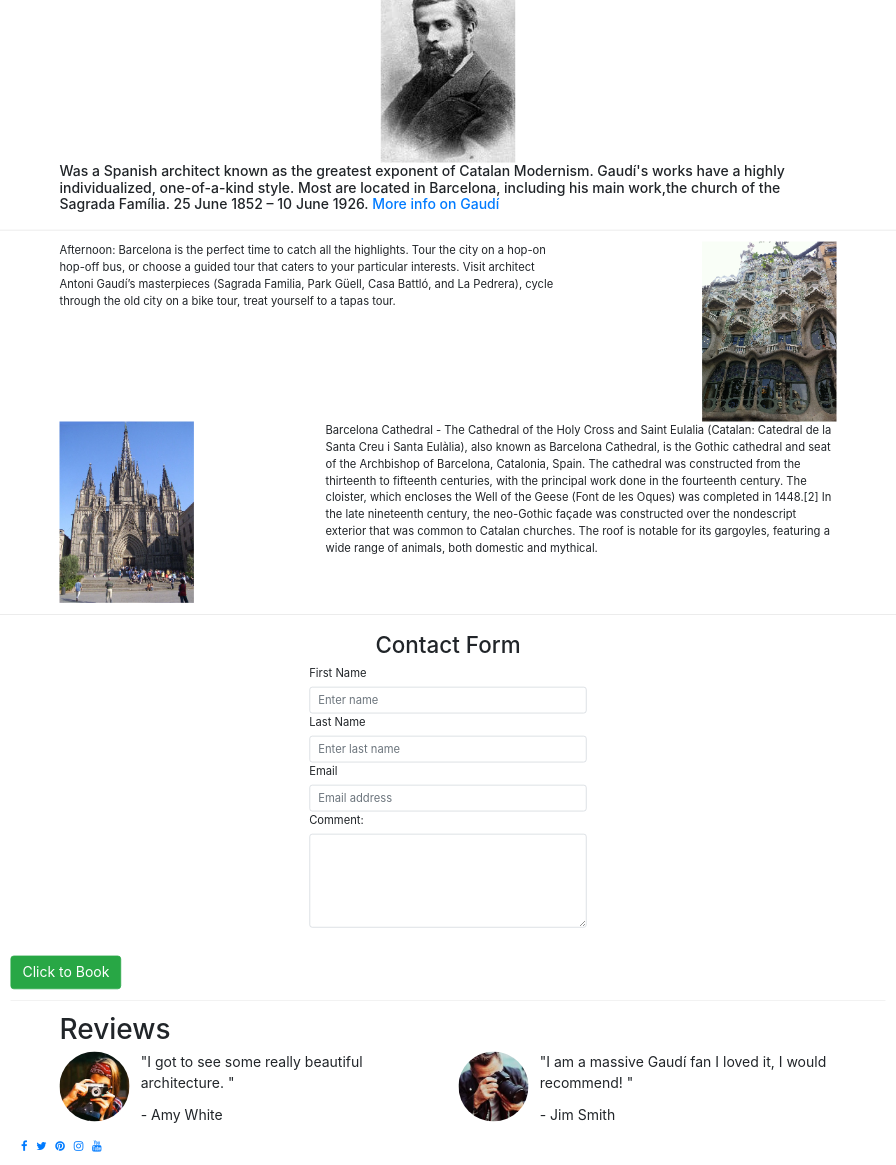
Repository: Taitdanielle/Milestone1
Page: index.html
The author's editor kept a record of every edit. The page is drawn from the files as they stood at one moment, then again after the next edit.
The browser window is 1280 px wide. The pictures show the part of the page from y = 993 to 2913 px (the page is 2657 px tall before and 2913 px after), at 70% of full size.

Above is the page before.

### index.html
<!DOCTYPE html>
<html lang="en">

<head>
    <meta charset="UTF-8">
    <title>Gaudí in a day!</title>
    <meta name="viewport" content="width=device-width, initial-scale=1.0">
    <meta http-equiv="X-UA-Compatible" content="ie=edge">
    <link href="https://fonts.googleapis.com/css?family=Lato&display=swap" rel="stylesheet">
    <link rel="stylesheet" href="https://stackpath.bootstrapcdn.com/bootstrap/4.3.1/css/bootstrap.min.css" integrity="sha384-ggOyR0iXCbMQv3Xipma34MD+dH/1fQ784/j6cY/iJTQUOhcWr7x9JvoRxT2MZw1T" crossorigin="anonymous">
    <link rel="stylesheet" href="https://cdnjs.cloudflare.com/ajax/libs/font-awesome/4.7.0/css/font-awesome.min.css">
    <link rel="stylesheet" href="css/style.css" type="text/css" />
</head>

<body>

    <!-- nav -->

    <nav class="navbar navbar-expand-lg nav bg-light nav-bar-hover">
        <a class="navbar-brand" href="#">Gaudí in a Day</a>
        <button class="navbar-toggler" type="button" data-toggle="collapse" data-target="#navbarNav" aria-controls="navbarNav" aria-expanded="false" aria-label="Toggle navigation">
    <span class="navbar-toggler-icon"></span>
  </button>
        <div class="collapse navbar-collapse" id="navbarNav">
            <ul class="navbar-nav">
                <li class="nav-item active">
                    <a class="nav-link" href="#home">Home <span class="sr-only">(current)</span></a>
                </li>
                <li class="nav-item">
                    <a class="nav-link" href="#about">About</a>
                </li>
                <li class="nav-item">
                    <a class="nav-link" href="#review">Reviews</a>
                </li>
                <li class="nav-item">
                    <a class="nav-link" href="#contact">Contact</a>
                </li>
            </ul>
        </div>
    </nav>

    <!--Hero image and website slogan-->

    <header id="intro-image">
        <div class="container-fluid">
            <div class="row h-100 align-items-center justify-content-center">
                <div class="col-12">
                    <h1><b>Gaudí in a Day</b></h1>
                    <div class="col-12 mw-100">
                        <p>There are landmark's you must see when in Barcelona and for Gaudí fans this is the right place to be!</p>
                    </div>
                </div>
            </div>
        </div>
    </header>

    <!-- end hero image /-->

    <div class="container text-center">
        <h2> How to do Gaudí in a day?</h2>
        <p> For Gaudí fans this is the right place to be Save time with skip-the-line tickets booked ahead of your trip, get an early start, and take in views Catalan capital with a tour of the cathedral’s towers. Then, head to nearby Park Güell, another
            Gaudí masterpiece, for more city views and quirky, colorful tile work. It’s possible to pack in even more of the architect’s work with a Gaudí-themed tour that includes entrance to both Sagrada Familia and Park Güell, plus a walk down Passeig
            de Gracia to see Casa Batlló and La Pedrera from the outside. Have a look of some of the famous buildings below! </p>
    </div>

    <hr class="block-divider block-divider--short">

    <!-- image cards -->

    <div class="container">
        <div class="row">
            <div class="col-md-4">
                <div class="card-class">
                    <a href="#card1">
                    <img src="images/gaudi2.jpg" class="card-img-top" alt="Casa Battlo Building"></a>
                    <div class="card-body">
                        <p class="card-text text-center"> <b>Casa Batlló</b></p>
                    </div>
                </div>
            </div>

            <div class="col-md-4">
                <div class="card-class">
                    <a href="#card2">
                    <img src="images/Sta-eulalia.jpg" class="card-img-top" alt="The Cathedral of Barcelona"></a>
                    <div class="card-body">
                        <p class="card-text text-center"> <b>The Cathedral of Barcelona</b></p>
                    </div>
                </div>
            </div>

            <div class="col-md-4">
                <div class="card-class">
                    <a href="#card3">
                    <img src="images/sagrada-familia.jpg" class="card-img-top" alt="sagrada familia"></a>
                    <div class="card-body">
                        <p class="card-text text-center"><b>Sagrada Familia</b>
                        </p>
                    </div>
                </div>
            </div>
        </div>
    </div>

    <!-- Gaudi info -->

    <hr class="block-divider block-divider--short">

    <div class="container">
        <div class="row">
            <div class="col-md-12 title-heading-conatainer">
                <h3>Antoni Gaudí </h3>
            </div>
            <div id="about" class="col-md-12 text-center">
                <img src="images/gaudi.jpg" alt="antoni gaudi">
            </div>
            <div class="col-md-12">
                <h5>Was a Spanish architect known as the greatest exponent of Catalan Modernism. Gaudí's works have a highly individualized, one-of-a-kind style. Most are located in Barcelona, including his main work,the church of the Sagrada Família. 25
                    June 1852 – 10 June 1926.
                    <a href="https://en.wikipedia.org/wiki/Antoni_Gaud%C3%AD" target="_blank"> More info on Gaudí</a></h5>
            </div>
        </div>
    </div>

    <hr class="block-divider block-divider--short">
    <!-- Gaudi info End -->

    <!-- image info -->



    <div class="container">
        <div class="row">
            <div class="col-md-8">
                <p class="par-padding-right" id="card1"> Afternoon: Barcelona is the perfect time to catch all the highlights.
                Tour the city on a hop-on hop-off bus, or choose a guided tour that caters to your particular interests.
                Visit architect Antoni Gaudí’s masterpieces (Sagrada Familia, Park Güell, Casa Battló, and La Pedrera),
                cycle through the old city on a bike tour, treat yourself to a tapas tour.</p>
            </div>
            <div class="col-md-4">
                <img src="images/gaudi2.jpg" class="float-right" alt="Building">
            </div>
        </div>
    </div>

    <div class="container">
        <div class="row">
            <div class="col-md-4">
                <img src="images/Sta-eulalia.jpg" class="float-left" alt="barrigotic building">
            </div>
            <div class="col-md-8" id="card2">
                <p class="par-padding-left">Barcelona Cathedral - The Cathedral of the Holy Cross and Saint Eulalia (Catalan: Catedral de la Santa Creu i Santa Eulàlia), also known as Barcelona Cathedral, is the Gothic cathedral and seat of the Archbishop of Barcelona, Catalonia,
                    Spain. The cathedral was constructed from the thirteenth to fifteenth centuries, with the principal work done in the fourteenth century. The cloister, which encloses the Well of the Geese (Font de les Oques) was completed in 1448.[2]
                    In the late nineteenth century, the neo-Gothic façade was constructed over the nondescript exterior that was common to Catalan churches. The roof is notable for its gargoyles, featuring a wide range of animals, both domestic and mythical.
                </p>
            </div>
        </div>
    </div>

    <!-- Image info end /-->

    <hr class="block-divider block-divider--short">

    <!-- Contact Form -->

    <section class="container-fluid form mt-4" id="contact">
        <form action="#" method="post">
            <h2 class="text-center">Contact Form</h2>
            <div class="row">
                <div class="col-md-4 offset-md-4">
                    <label for="form-name">First Name</label>
                    <input type="text" class="form-control" id="form-name" placeholder="Enter name" name="name required">
                </div>
            </div>
            <div class="row">
                <div class="col-md-4 offset-md-4" ">
                    <label for="lastname ">Last Name</label>
                    <input type="text " class="form-control " id="lastname " placeholder="Enter last name " name="lastname required ">
                </div>
            </div>
            <div class="row ">
                <div class="col-md-4 offset-md-4 ">
                    <label for="email ">Email</label>
                    <input type="email " class="form-control " name="email required " id="email " placeholder="Email address ">
                </div>
            </div>
            <div class="row ">
                <div class="col-md-4 offset-md-4 ">
                    <div class="form-group ">
                        <label for="comment ">Comment:</label>
                        <textarea class="form-control " rows="5 " id="comment " name="text required "></textarea>
                    </div>
                    <br>
                </div>
            </div>
            <div id="book ">
                <button type="button " class="btn btn-success btn-lg " data-toggle="modal " data-target="#myModal ">Click to
            Book</button></div>
            </div>
            <!-- Form End /-->

            <!-- Modal -->
            <div id="myModal " class="modal fade " role="dialog ">
                <div class="modal-dialog ">

                    <!-- Modal content-->
                    <div class="modal-content ">
                        <div class="modal-header ">
                            <h4 class="modal-title ">Thank you for your request!</h4>
                        </div>
                        <div class="modal-body ">
                            <p>You will receive a response as soon as possible.</p>
                        </div>
                        <div class="modal-footer ">
                            <button type="button " class="btn btn-default " data-dismiss="modal ">Close</button>
                        </div>
                    </div>

                </div>
            </div>
            </div>
            </section>

            <!-- Reviews -->
            <!-- /.callout -->
            <div class="container-fluid callout-container ">
                <hr class="block-divider block-divider--short ">
                <!-- Quotes -->
                <div class="container-wrapper ">
                    <div class="container quotes-container content-container ">
                        <section class="quotes ">
                            <h1>Reviews </h1>
                            <div class="row ">
                                <div class="col-12 page-header ">
                                </div>
                            </div>
                            <div class="row ">
                                <div class="col-12 col-md-6 " id="review ">
                                    <div class="media ">
                                        <div class="d-none d-sm-block ">
                                            <img src="images/girl.jpg " class="rounded-circle mr-3 " height=100 width=100 alt="girl ">
                                        </div>
                                        <div class="media-body ">
                                            <blockquote class="blockquote ">
                                                <p>"I got to see some really beautiful architecture. "</p>
                                                <p>- Amy White</p>
                                            </blockquote>
                                        </div>
                                    </div>
                                </div>
                                <div class="col-12 col-md-6 ">
                                    <div class="media ">
                                        <div class="d-none d-sm-block ">
                                            <img src="images/man.jpg " class="rounded-circle mr-3 " height=100 width=100 alt="man ">
                                        </div>
                                        <div class="media-body ">
                                            <blockquote class="blockquote ">
                                                <p>"I am a massive Gaudí fan I loved it, I would recommend! "</p>
                                                <p>- Jim Smith</p>
                                            </blockquote>
                                        </div>
                                    </div>
                                </div>
                            </div>
                    </div>
                    </section>
                    <!-- Reviews end -->
                    <!-- footer -->

                    <footer class="container-fluid ">
                        <div id="footer-details " class="row ">
                            <div class="col-sm-12 ">
                                <ul class="list-inline social-links ">
                                    <li class="list-inline-item ">
                                        <a target="_blank " href="https://www.facebook.com ">
                            <i class="fa fa-facebook " aria-hidden="true "></i>
                            <span class="sr-only ">Facebook</span>
                        </a>
                                    </li>
                                    <li class="list-inline-item ">
                                        <a target="_blank " href="https://www.twitter.com ">
                            <i class="fa fa-twitter " aria-hidden="true "></i>
                            <span class="sr-only ">Twitter</span>
                        </a>
                                    </li>
                                    <li class="list-inline-item ">
                                        <a target="_blank " href="https://www.pinterest.co.uk/ ">
                            <i class="fa fa-pinterest " aria-hidden="true "></i>
                            <span class="sr-only ">Pinterest</span>
                        </a>
                                    </li>
                                    <li class="list-inline-item ">
                                        <a target="_blank " href="https://www.instagram.com ">
                            <i class="fa fa-instagram " aria-hidden="true "></i>
                            <span class="sr-only ">Instagram</span>
                        </a>
                                    </li>
                                    <li class="list-inline-item ">
                                        <a target="_blank " href="https://www.youtube.com/ ">
                            <i class="fa fa-youtube " aria-hidden="true "></i>
                            <span class="sr-only ">YouTube</span>
                        </a>
                                    </li>
                                </ul>
                            </div>
                        </div>
                </div>

                <!--Jquery bootstrap and propper js scripts added for additional functionality-->

    <script src="https://code.jquery.com/jquery-3.4.1.min.js "></script>
    <script src="https://cdnjs.cloudflare.com/ajax/libs/popper.js/1.15.0/umd/popper.min.js "></script>
    <script src="https://stackpath.bootstrapcdn.com/bootstrap/4.3.1/js/bootstrap.min.js "></script>

</body>

</html>

### css/style.css
container {
    background-color: #FBEAFF;
}

After the next edit:
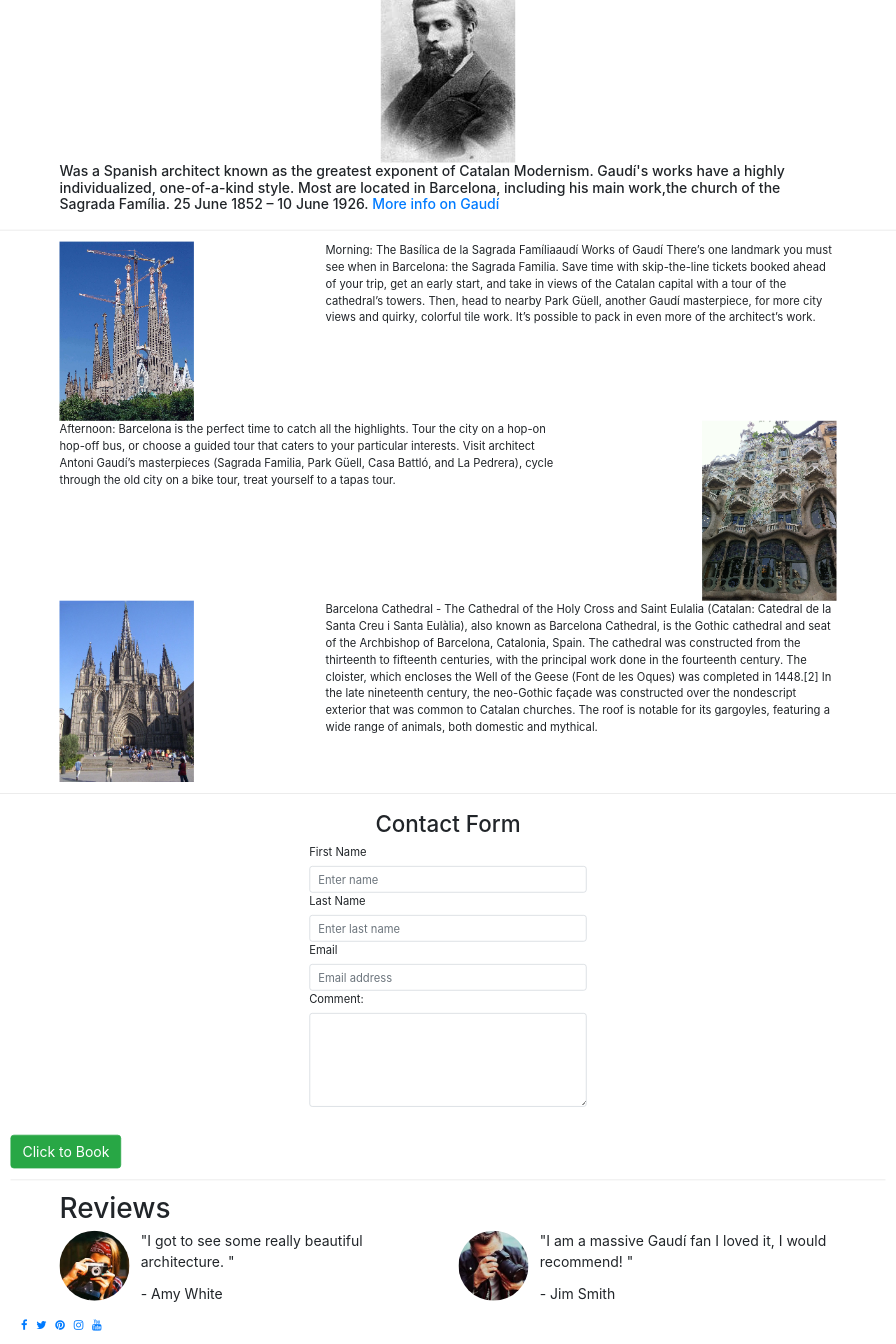
The edit:
--- a/index.html
+++ b/index.html
@@ -127,7 +127,17 @@
 
     <!-- image info -->
 
-
+    <div class="container">
+        <div class="row">
+            <div class="col-md-4" id="card3">
+                <img src="images/sagrada-familia.jpg" class="float-left" alt=building>
+            </div>
+            <div class="col-md-8">
+                <p class="par-padding-left">Morning: The Basílica de la Sagrada Famíliaaudí Works of Gaudí There’s one landmark you must see when in Barcelona: the Sagrada Familia. Save time with skip-the-line tickets booked ahead of your trip, get an early start, and take in views
+                    of the Catalan capital with a tour of the cathedral’s towers. Then, head to nearby Park Güell, another Gaudí masterpiece, for more city views and quirky, colorful tile work. It’s possible to pack in even more of the architect’s work.</p>
+            </div>
+        </div>
+    </div>
 
     <div class="container">
         <div class="row">
